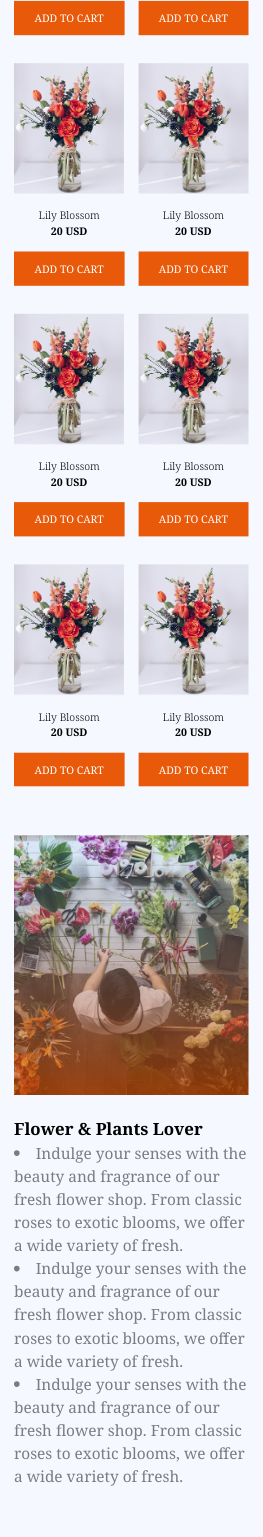
Repository: nahid-hasann/website-7
Page: index.html
An editor plug-in stored every save of this project. The page is shown before and after a run of saves, followed by the edit.
The browser window is 375 px wide. The pictures show the part of the page from y = 1146 to 3386 px (the page is 3341 px tall before and 3386 px after), at 70% of full size.
Some web libraries are served in a nearby version.

Above is the page before, as saved 2025-07-24 13:20:27.

After the next 2 saves:
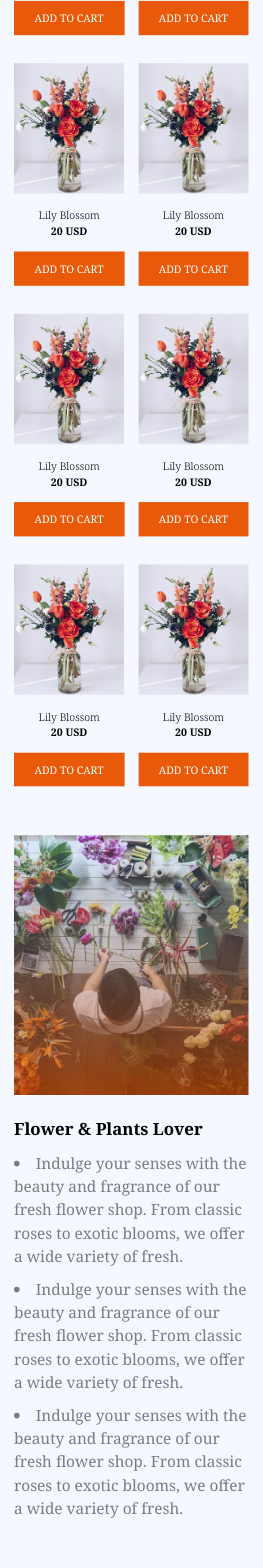
The 2 saves are shown as one change because they came seconds apart.
The last was saved 13 s later.
--- a/style.css
+++ b/style.css
@@ -284,7 +284,10 @@ nav{
     margin-top: -30px;
 }
 
-.plants-lover-content or li:nth-child(2)
+.plants-lover-content or li:nth-child(2){
+    margin-top: 15px;
+    margin-bottom: 15px;
+}
 
 .plants-lover-content or li:first-child{
     margin-top: 15px;
